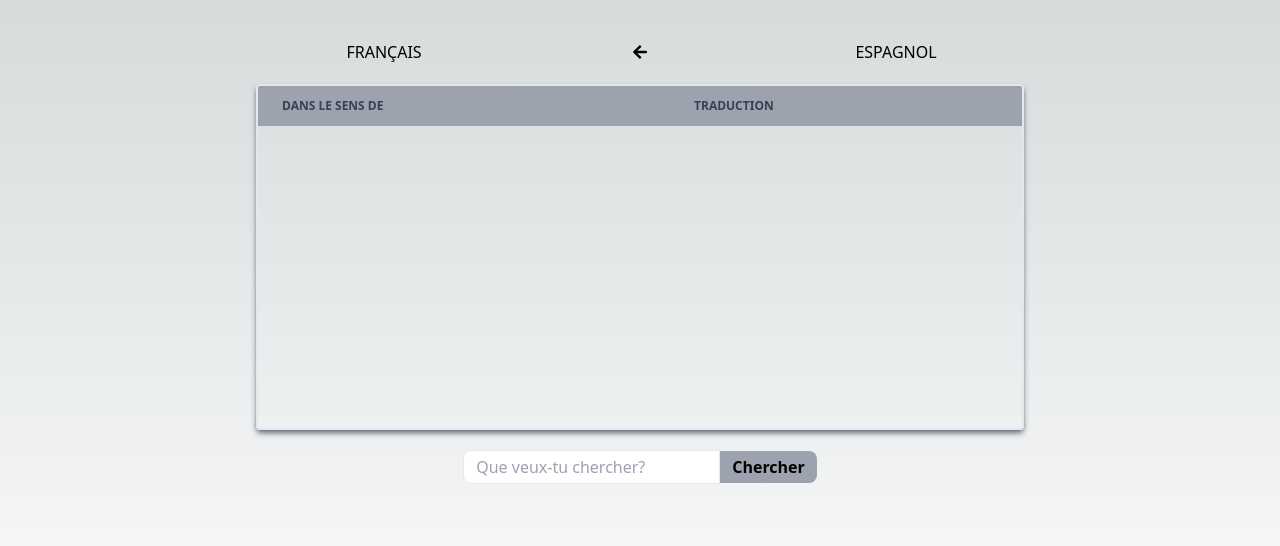
Repository: All-Khwarizmi/Dico
Page: /
The author's editor kept a copy of each file at every save. The page is drawn from the files as they stood at one save, then again after a run of saves.
The browser window is 1280 px wide. The pictures show the whole page.
The project was rebuilt for these pictures with package versions that can differ from the ones it lists, and the page was loaded fresh each time. The framework's server and built-in components were replaced by stand-ins that run in the browser. Also part of the build but not shown: next.config.js, vite.config.ts.

Above is the page before, as saved 2023-02-17 18:41:40.

### src/app/page.tsx
'use client';
import Image from 'next/image';
import { Inter } from '@next/font/google';
import { FaArrowLeft } from 'react-icons/fa';
import { BsArrowRight } from 'react-icons/bs';
import { FaArrowRight } from 'react-icons/fa';
import EspModal from '@/components/EspModal';
import DicoModal from '@/components/DicoModal';

const inter = Inter({ subsets: ['latin'] });
import parse from 'html-react-parser';
import { useState } from 'react';
import Link from 'next/link';

type Trad = {
  source: string;
  target: string;
};
type Translations = Array<Trad>;
interface TranslationsFetch {
  translations: Array<Trad>;
}
export default function Home() {
  const [word, setWord] = useState<string>('');
  const [isFr, setIsFR] = useState<Boolean>(false);
  const [translations, setTranslations] = useState<Translations>([]);

  const submitWord = (e: React.FormEvent<HTMLFormElement>) => {
    e.preventDefault();
    let check = word.split(' ').length;
    console.log('Submitting', check);
    if (check > 1) {
      return window.alert('1 mot à la fois');
    }
    if (isFr) return fetchDico(word).catch((err) => console.log(err));
    fetchDicoEsp(word).catch((err) => console.log(err));
  };

  const inputWord = (e: React.ChangeEvent<HTMLInputElement>) => {
    return setWord(e.target.value);
  };

  const fetchDico = async (word: string): Promise<void> => {
    console.log('Fetching..');
    const url = 'https://dico-ochre.vercel.app/api/dico';
    const options: RequestInit = {
      method: 'POST',
      headers: {
        'Content-Type': 'text/plain;charset=UTF-8',
      },
      body: JSON.stringify(word),
    };
    const res = await fetch(url, options);
    // eslint-disable-next-line @typescript-eslint/no-unsafe-assignment
    const data = await res.json();
    console.log('Data: ', data);
    // eslint-disable-next-line @typescript-eslint/no-unsafe-assignment
    const { translations }: TranslationsFetch = data;
    setTranslations(translations);
    setWord('');
  };
  const fetchDicoEsp = async (word: string): Promise<void> => {
    console.log('Fetching..');
    const url = 'https://dico-ochre.vercel.app/api/esp';
    const options: RequestInit = {
      method: 'POST',
      headers: {
        'Content-Type': 'text/plain;charset=UTF-8',
      },
      body: JSON.stringify(word),
    };
    const res = await fetch(url, options);
    // eslint-disable-next-line @typescript-eslint/no-unsafe-assignment
    const data = await res.json();
    console.log('Data: ', data);
    // eslint-disable-next-line @typescript-eslint/no-unsafe-assignment
    const { translations }: TranslationsFetch = data;
    setTranslations(translations);
    setWord('');
  };
  return (
    <main className='h-screen w-screen'>
      <div className='grid place-items-center pt-5 '>
        {isFr ? (
          <div className='grid w-[60%] grid-cols-3  place-items-center  '>
            <button onClick={() => setIsFR(!isFr)}>
              <h1 className='py-5 text-center uppercase text-1xl'>Français</h1>
            </button>
            <button onClick={() => setIsFR(!isFr)}>
              <FaArrowRight />
            </button>
            <button onClick={() => setIsFR(!isFr)}>
              <h1 className='py-5 text-center uppercase text-1xl'>Espagnol</h1>
            </button>
          </div>
        ) : (
          <div className='grid w-[60%] grid-cols-3  place-items-center  '>
            <button onClick={() => setIsFR(!isFr)}>
              <h1 className='py-5 text-center uppercase text-1xl'>Français</h1>
            </button>
            <button onClick={() => setIsFR(!isFr)}>
              <FaArrowLeft />
            </button>
            <button onClick={() => setIsFR(!isFr)}>
              <h1 className='py-5 text-center uppercase text-1xl'>Espagnol</h1>
            </button>
          </div>
        )}
      </div>
      <div className='flex h-[80%] flex-col  items-center gap-5'>
        <div className=' h-[60%] max-h-[80%] w-[60%] overflow-scroll rounded border-2 border-solid dark:border-gray-600 shadow-md shadow-gray-500 '>
          <div className='text-black '>
            <div className=''>
              <table className='  relative w-full text-left text-sm text-gray-500 dark:text-gray-400'>
                <thead className='  sticky top-0 bg-gray-400 dark:bg-gray-900 text-xs uppercase text-gray-700 '>
                  <tr>
                    <th scope='col' className='px-6 font-bold dark:text-white py-3 '>
                      Dans le sens de
                    </th>
                    <th scope='col' className='px-6 font-bold dark:text-white py-3 '>
                      Traduction
                    </th>
                  </tr>
                </thead>
                <tbody className='bg-gray-800'>
                  {translations?.map((trad: Trad, index) => {
                    return (
                      <tr
                        className='border-b bg-white dark:border-gray-700 dark:bg-gray-800'
                        key={index}
                      >
                        <td className='px-6 py-4'> {parse(trad?.source)}</td>
                        <th
                          scope='row'
                          className='whitespace-nowrap px-6 py-4 font-medium text-gray-900 dark:text-white'
                        >
                          {parse(trad?.target)}
                        </th>
                      </tr>
                    );
                  })}
                </tbody>
              </table>
            </div>
          </div>
        </div>
        <form className='text-black' onSubmit={(e) => submitWord(e)}>
          <input
            onChange={(event) => inputWord(event)}
            value={word}
            placeholder='Que veux-tu chercher?'
            className='rounded-lg border dark:text-white border-1 dark:bg-gray-700 rounded-r-none px-3 py-1'
            type='text'
            name='word'
            id='word'
          />
          <button
            className='rounded-lg rounded-l-none bg-gray-400 dark:bg-gray-400 dark:text-white font-bold dark:bg-purple-900 px-3 py-1 dark:py-1.5'
            type='submit'
          >
            Chercher
          </button>
        </form>
      </div>
    </main>
  );
}

Loaded but not shown: src/app/layout.tsx (common file); src/app/globals.css (common file); tailwind.config.js (common file)

After the next 2 saves:
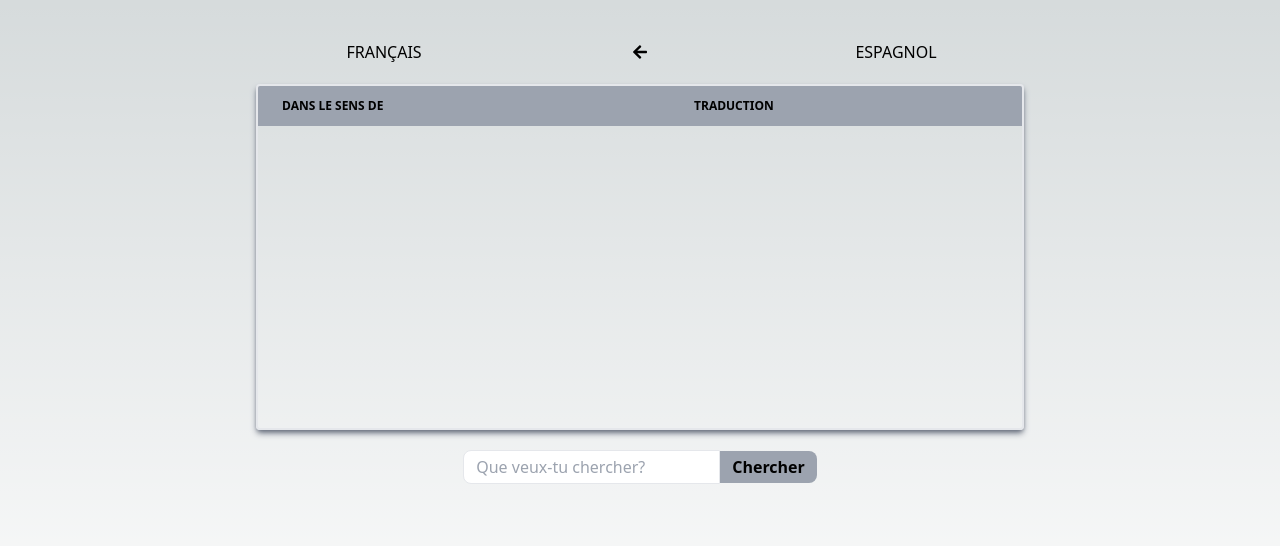
The 2 saves are shown as one change because they came seconds apart.
The last was saved 7 s later.
--- a/src/app/page.tsx
+++ b/src/app/page.tsx
@@ -114,10 +114,10 @@ export default function Home() {
               <table className='  relative w-full text-left text-sm text-gray-500 dark:text-gray-400'>
                 <thead className='  sticky top-0 bg-gray-400 dark:bg-gray-900 text-xs uppercase text-gray-700 '>
                   <tr>
-                    <th scope='col' className='px-6 font-bold dark:text-white py-3 '>
+                    <th scope='col' className='px-6 font-bold text-black dark:text-white py-3 '>
                       Dans le sens de
                     </th>
-                    <th scope='col' className='px-6 font-bold dark:text-white py-3 '>
+                    <th scope='col' className='px-6 font-bold text-black dark:text-white py-3 '>
                       Traduction
                     </th>
                   </tr>
